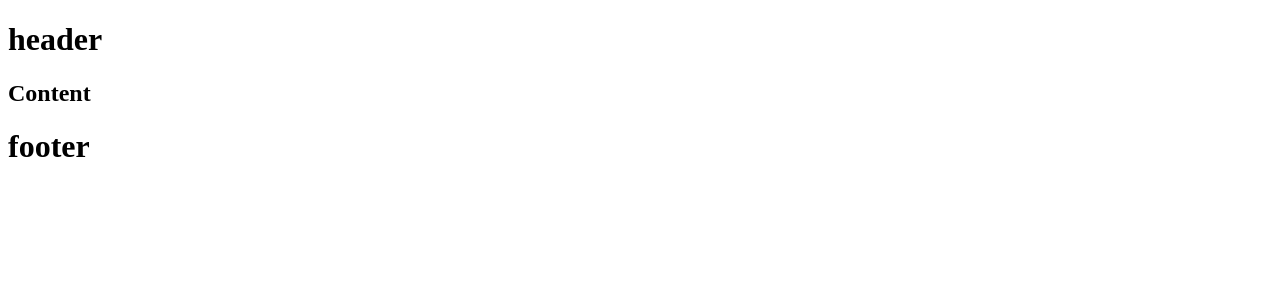
Repository: kianpas/KH_Server
Page: http://localhost/01_helloweb/jsp/include.jsp
An editor plug-in stored every save of this project. The page is shown before and after a run of saves, followed by the edit.
The browser window is 1280 px wide. The pictures show the whole page.
The page is served by Tomcat 9.

Above is the page before, as saved 2021-03-24 12:16:04.

After the next 2 saves:
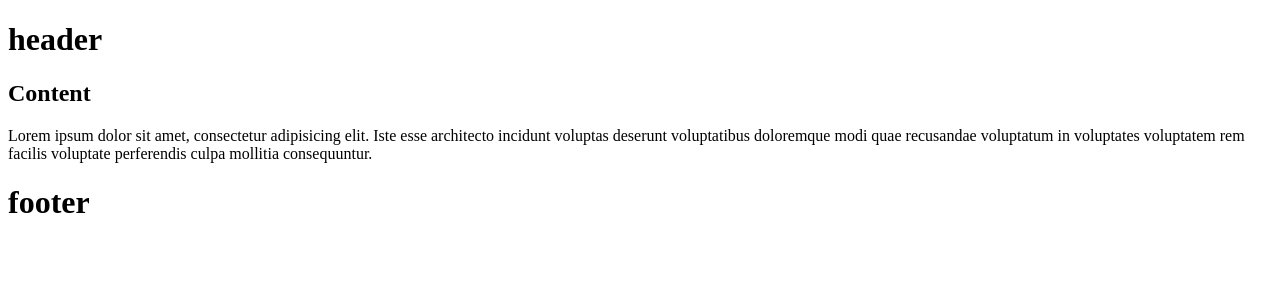
The 2 saves are shown as one change because they came seconds apart.
The last was saved 34 s later.
--- a/01_helloweb/WebContent/jsp/include.jsp
+++ b/01_helloweb/WebContent/jsp/include.jsp
@@ -12,6 +12,10 @@
 	</header>
 	<section>
 		<h1>Content</h1>
+		<p>Lorem ipsum dolor sit amet, consectetur adipisicing elit. Iste
+			esse architecto incidunt voluptas deserunt voluptatibus doloremque
+			modi quae recusandae voluptatum in voluptates voluptatem rem facilis
+			voluptate perferendis culpa mollitia consequuntur.</p>
 	</section>
 	<footer>
 		<h1>footer</h1>
